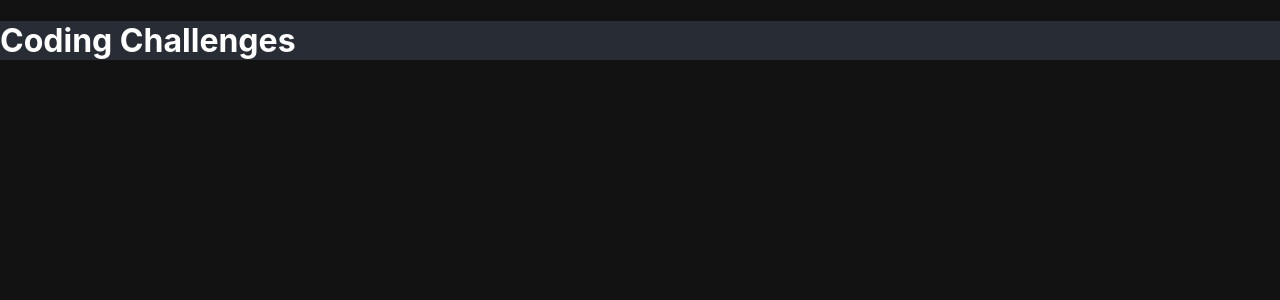
Repository: Valentina-Maraio/coding_challenges
Page: /
An editor plug-in stored every save of this project. The page is shown before and after the next save, followed by the edit.
The browser window is 1280 px wide. The pictures show the whole page.
The project was rebuilt for these pictures with package versions that can differ from the ones it lists, and the page was loaded fresh each time.

Above is the page before, as saved 2024-07-05 11:44:43.

### src/index.js
import React from 'react';
import ReactDOM from 'react-dom/client';
import './index.css';
import App from './App';
import reportWebVitals from './reportWebVitals';
import { PrimeReactProvider } from 'primereact/api';
import 'primeicons/primeicons.css';



const root = ReactDOM.createRoot(document.getElementById('root'));
root.render(
  <React.StrictMode>
    <PrimeReactProvider>
      <App/>
    </PrimeReactProvider>
  </React.StrictMode>
);

// If you want to start measuring performance in your app, pass a function
// to log results (for example: reportWebVitals(console.log))
// or send to an analytics endpoint. Learn more: https://bit.ly/CRA-vitals
reportWebVitals();

### src/App.js
import { Button } from "primereact/button";
import "primereact/resources/themes/bootstrap4-dark-purple/theme.css";
import "./App.css";

function App() {
  return (
    <>
      <div className="container">
        <div className="app_title">
          <h1>Coding Challenges</h1>
        </div>
      </div>
    </>
  );
}

export default App;

### src/App.css
.container {
  background-color: #282c34;
}

Loaded but not shown: public/index.html (common file); src/index.css (common file); src/reportWebVitals.js (common file)

After the next save:
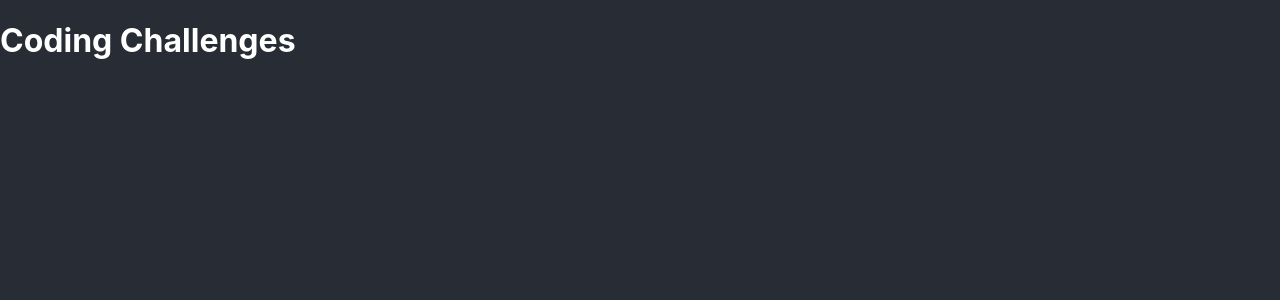
Saved 10 s later.
--- a/src/App.css
+++ b/src/App.css
@@ -1,3 +1,3 @@
-.container {
+body {
   background-color: #282c34;
 }
